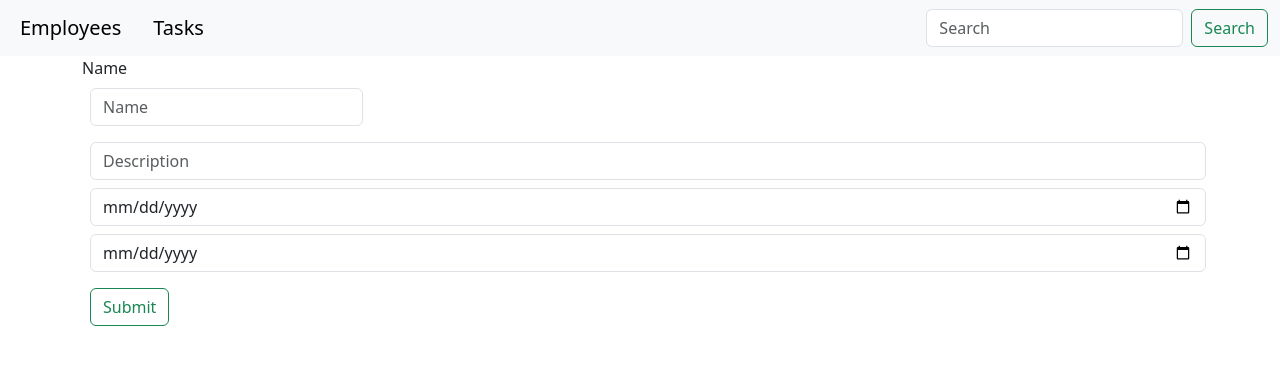
Repository: RaffiBarseghyan/employees
Page: /tasks
The author's editor kept a copy of each file at every save. The page is drawn from the files as they stood at one save, then again after a run of saves.
The browser window is 1280 px wide. The pictures show the whole page.
The project was rebuilt for these pictures with package versions that can differ from the ones it lists, and the page was loaded fresh each time. Some packages were replaced by stand-ins written for this rebuild. Also part of the build but not shown: src/App.css, src/Pages/Employees/employees.module.scss, src/Pages/UpDel/upDel.module.scss, src/Pages/UpDel/delete.jsx, src/Pages/Employees/employees.jsx, src/Pages/Tasks/tasks.module.scss, src/Pages/UpDel/update.jsx.

Above is the page before, as saved 2023-06-15 21:33:45.

### src/App.jsx
import "./App.css";
import Header from "./Pages/Header/header";
import { BrowserRouter, Routes, Route } from "react-router-dom";
import "bootstrap/dist/css/bootstrap.css";
import Employees from "./Pages/Employees/employees";
import Tasks from "./Pages/Tasks/tasks";
import Update from "./Pages/UpDel/update";

function App() {
  return (
    <>
      <BrowserRouter>
        <Header />

        <Routes>
          <Route path="/employees" element={<Employees />} />

          <Route path="/tasks" element={<Tasks />} />
          <Route path="/update" element={<Update />} />
        </Routes>
      </BrowserRouter>
    </>
  );
}

export default App;

### src/Pages/Header/header.jsx
import { Link } from "react-router-dom";
import style from "./header.module.scss";

function Header() {
  return (
    <>
      <nav className="navbar navbar-expand-lg bg-body-tertiary">
        <div className="container-fluid">
          <button
            className="navbar-toggler"
            type="button"
            data-bs-toggle="collapse"
            data-bs-target="#navbarSupportedContent"
            aria-controls="navbarSupportedContent"
            aria-expanded="false"
            aria-label="Toggle navigation"
          >
            <span className="navbar-toggler-icon"></span>
          </button>
          <div className="collapse navbar-collapse" id="navbarSupportedContent">
            <ul className="navbar-nav me-auto mb-2 mb-lg-0">
              <li className="nav-item">
                <Link className={`nav-link navbar-brand active ${style.linkStyle}`} to="/employees">
                  Employees
                </Link>
              </li>
              <li className="nav-item">
                <Link
                  className={`nav-link navbar-brand ${style.linkStyle}`}
                  to="/tasks"
                >
                  Tasks
                </Link>
              </li>
            </ul>
            <form className="d-flex" role="search">
              <input
                className="form-control me-2"
                type="search"
                placeholder="Search"
                aria-label="Search"
              />
              <button className="btn btn-outline-success" type="submit">
                Search
              </button>
            </form>
          </div>
        </div>
      </nav>
    </>
  );
}

export default Header;

### src/Pages/Tasks/tasks.jsx
import style from "./tasks.module.scss";

function Tasks() {
  return (
    <>
      <form
        action="https://rocky-temple-83495.herokuapp.com/tasks"
        method="post"
        target="_blank"
        className={`${style.employeeForm} container`}
      >
        <label htmlFor="name">
            Name
          <input
            className="form-control m-2"
            type="text"
            id="name"
            name="name"
            placeholder="Name"
          />
        </label>

        <input
          className="form-control m-2"
          type="text"
          id="lname"
          name="description"
          placeholder="Description"
        />

        <input
          className="form-control m-2"
          type="date"
          id="startDate"
          name="startDate"
          placeholder="startDate"
        />

        <input
          className="form-control m-2"
          type="date"
          id="endDate"
          name="endDate"
          placeholder="endDate"
        />

        <input
          className="btn btn-outline-success m-2"
          type="submit"
          value="Submit"
        />
      </form>
    </>
  );
}

export default Tasks;

Loaded but not shown: src/index.js (common file); src/index.css (common file); src/reportWebVitals.js (common file); src/Pages/Header/header.module.scss (no stored copy; drawn as an empty file)

After the next 2 saves:
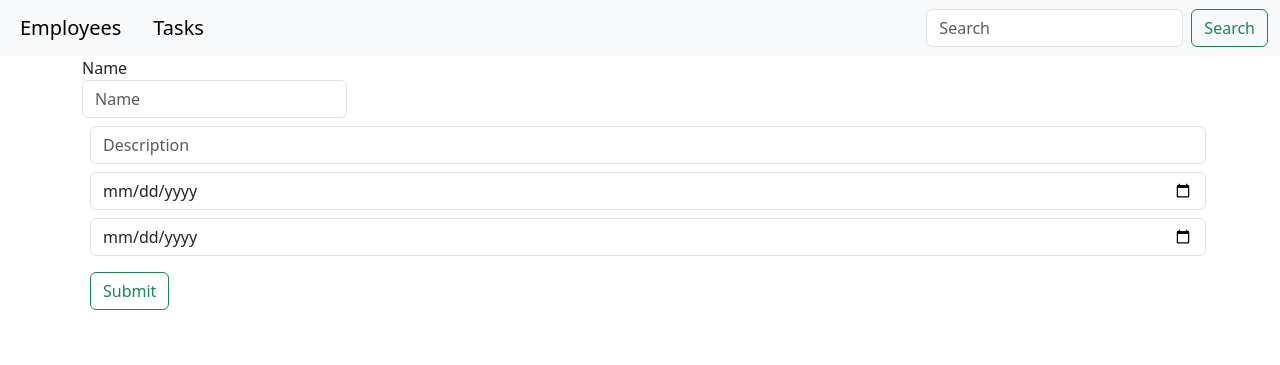
The 2 saves are shown as one change because they came seconds apart.
The last was saved 16 s later.
--- a/src/Pages/Tasks/tasks.jsx
+++ b/src/Pages/Tasks/tasks.jsx
@@ -9,10 +9,10 @@ function Tasks() {
         target="_blank"
         className={`${style.employeeForm} container`}
       >
-        <label htmlFor="name">
+        <label htmlFor="name" >
             Name
           <input
-            className="form-control m-2"
+            className="form-control me-2"
             type="text"
             id="name"
             name="name"
